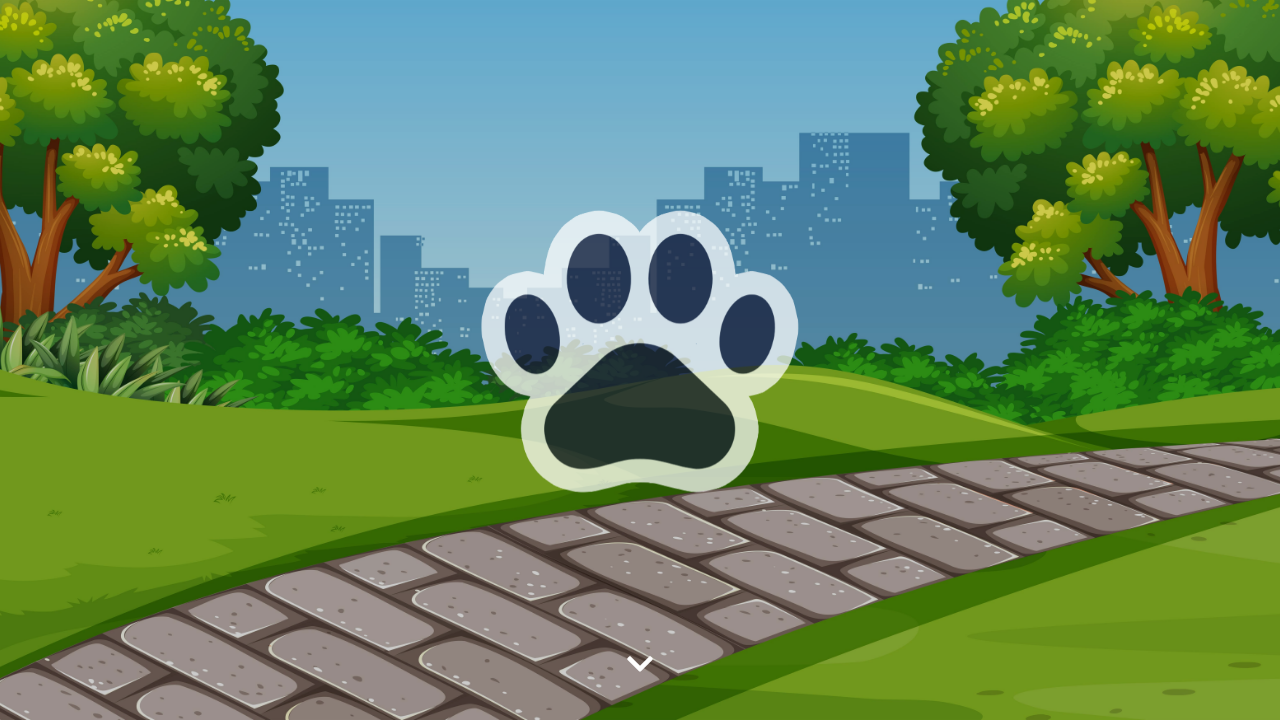
Repository: Emanuele-Sgroi/Pawfect-Diet-App-Showcase
Page: /
An editor plug-in stored every save of this project. The page is shown before and after the next save, followed by the edit.
The browser window is 1280 px wide. The pictures show the whole page.
The project was rebuilt for these pictures with package versions that can differ from the ones it lists, and the page was loaded fresh each time. The framework's server and built-in components were replaced by stand-ins that run in the browser. Also part of the build but not shown: next.config.mjs.

Above is the page before, as saved 2025-04-18 13:07:52.

After the next save:
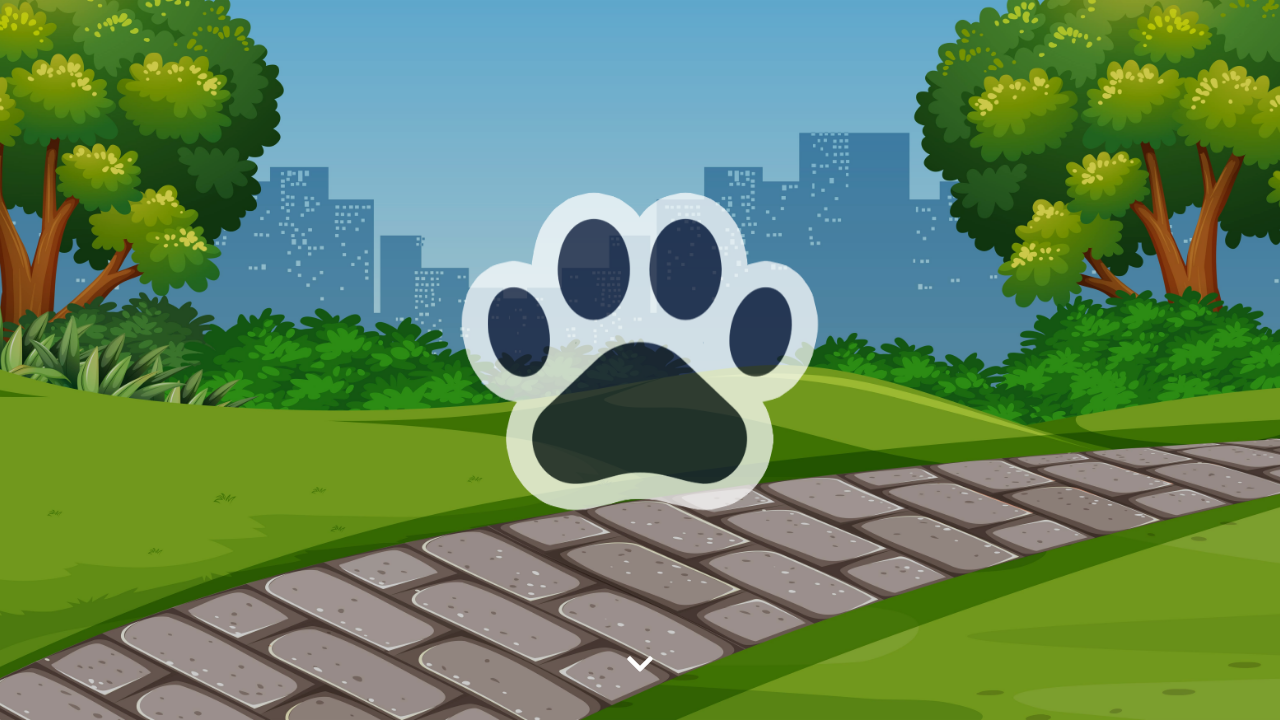
Saved 10 s later.
--- a/src/components/HeroSection.js
+++ b/src/components/HeroSection.js
@@ -30,7 +30,7 @@
           alt="App Logo"
           width={200}
           height={200}
-          className="mb-4 w-[400px] h-auto max-w-[80%] animate-pulse"
+          className="mb-4 w-[450px] h-auto max-w-[80%] animate-pulse"
         />
       </div>
 
